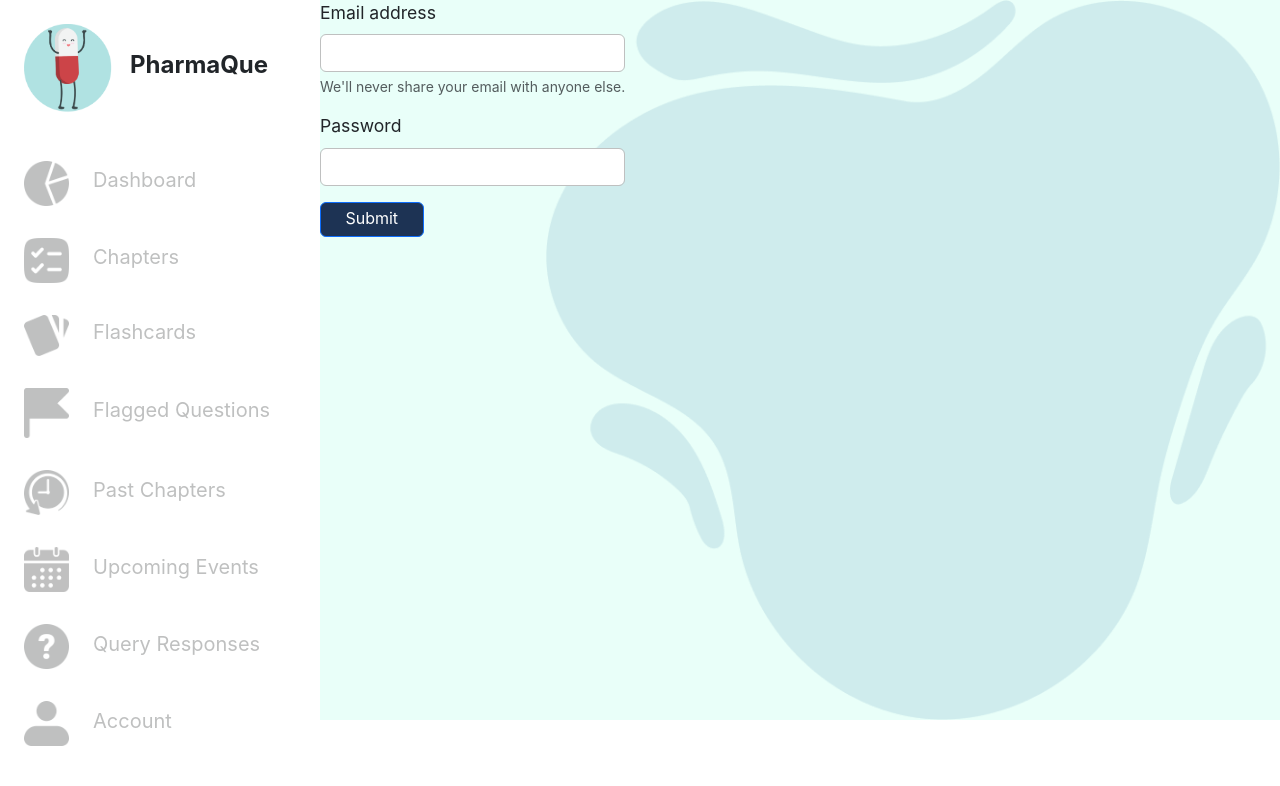
Repository: Kronium345/new_pharmaque_web_app
Page: /chat-room
An editor plug-in stored every save of this project. The page is shown before and after the next save, followed by the edit.
The browser window is 1280 px wide. The pictures show the whole page.
The page's requests for data from a server got no answer. The project was rebuilt for these pictures with package versions that can differ from the ones it lists, and the page was loaded fresh each time. No one was signed in, and anything a server would have sent is missing. Also part of the build but not shown: src/pages/Login.js, src/pages/MyAccount.js, src/pages/UpcomingEvents.js, src/pages/UpcomingEvents2.js, src/pages/Chapters.js, src/pages/Dashboard.js, src/pages/FlaggedQuestions.js, src/pages/FlashcardQuestion.js and 33 more.

Above is the page before, as saved 2024-03-10 21:38:58.

After the next save:
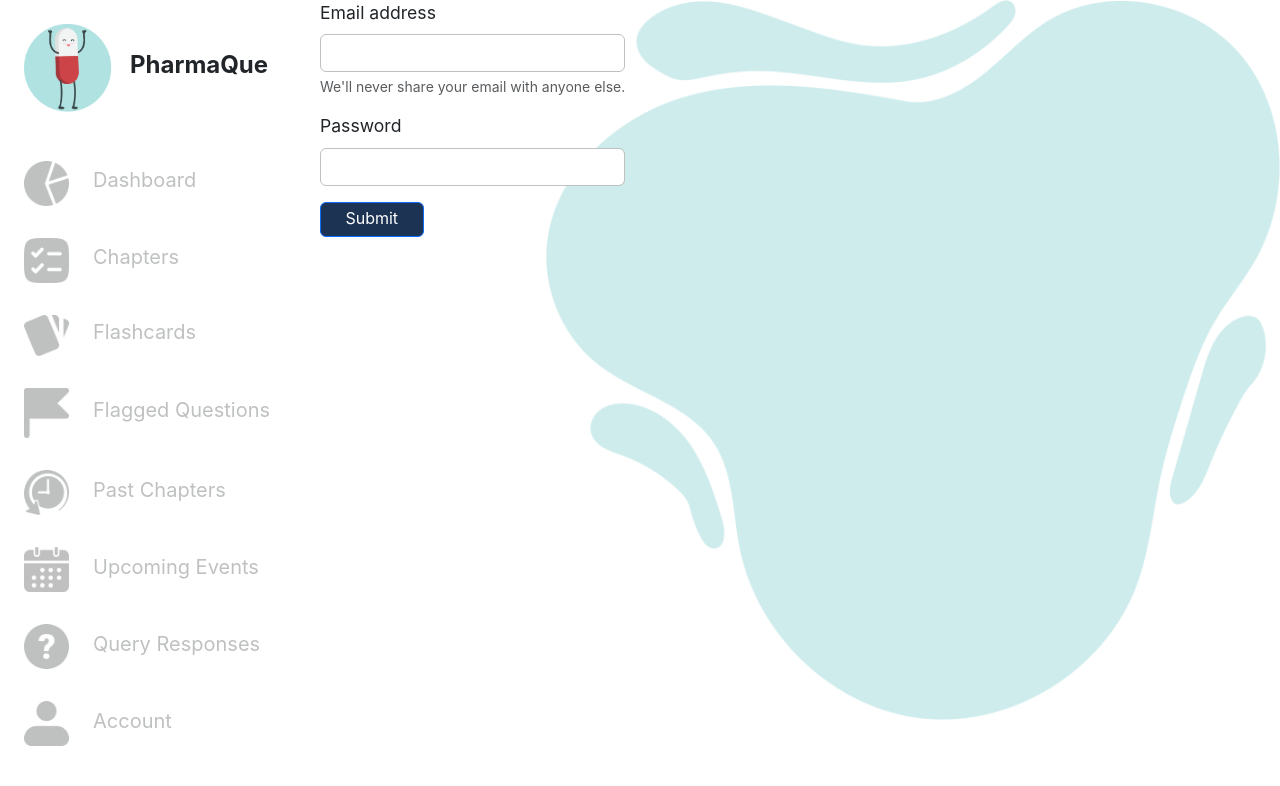
Saved 13 s later.
--- a/src/pages/ChatRoom.js
+++ b/src/pages/ChatRoom.js
@@ -168,7 +168,7 @@ const ChatRoom = () => {
                 </div>
               </div>
             ) : (
-              <div className="mainbg d-flex">
+              <div className="mainbg d-flex bg-white">
                 <form>
                   <div class="mb-3">
                     <label for="exampleInputEmail1" class="form-label">
